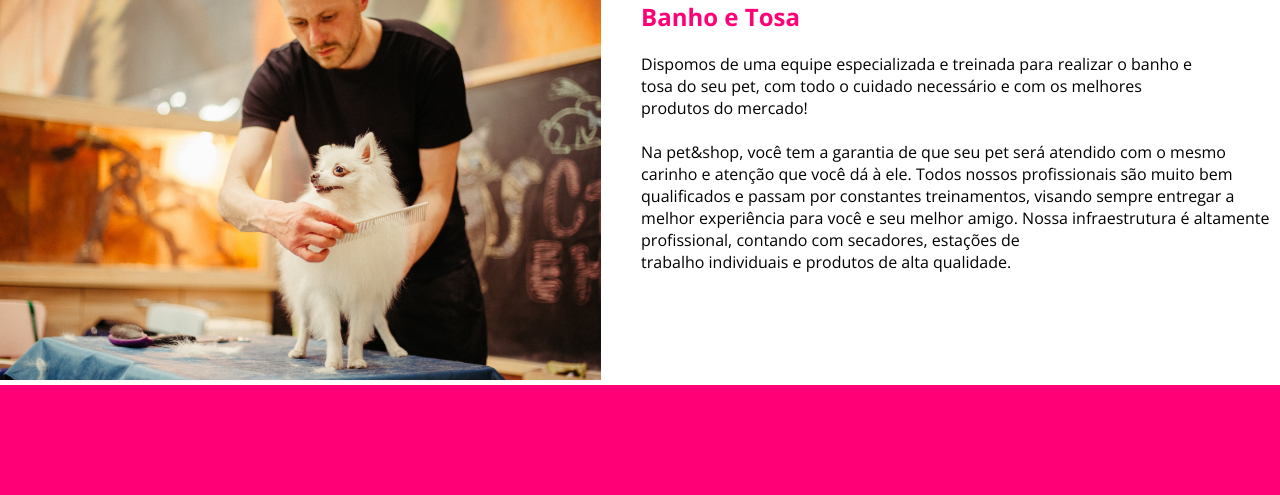
Repository: Carolden/ProhetoPetShop
Page: servicos.html
An editor plug-in stored every save of this project. The page is shown before and after the next save, followed by the edit.
The browser window is 1280 px wide. The pictures show the part of the page from y = 270 to 765 px (the page is 1430 px tall).
A picture or video elsewhere on the page could not be fetched, so the positions and the page height are approximate.

Above is the page before, as saved 2023-05-02 08:47:48.

### servicos.html
<!DOCTYPE html>
<html lang="pt-BR">
<head>
    <meta charset="UTF-8">
    <meta http-equiv="X-UA-Compatible" content="IE=edge">
    <meta name="viewport" content="width=device-width, initial-scale=1.0">
    <title>Pet&Shop</title>
    <link rel="stylesheet" href="servicos.css">
    <link rel="stylesheet" href="https://cdnjs.cloudflare.com/ajax/libs/font-awesome/6.4.0/css/all.min.css">
    <link rel="preconnect" href="https://fonts.googleapis.com">
    <link rel="preconnect" href="https://fonts.gstatic.com" crossorigin>
    <link href="https://fonts.googleapis.com/css2?family=Open+Sans:wght@300;400;500;600;700;800&display=swap" rel="stylesheet">
</head>
<body>

    <header>

        <div class="headerrow">
            <div class="headercolumn">
                <img src="Imagens/logo-colored.svg" alt="logo" class="logocolored">
            </div>

            <div>
                <nav class="menu">
                    <a href="index.html">Home</a>
                    <a href="sobre.html">Sobre</a>
                    <a href="produtos.html">Produtos</a>
                    <a href="servicos.html" class="active">Serviços</a>
                    <a href="faleconosco.html">Fale Conosco</a>
                </nav>
            </div>
        </div>


    </header>

    <main>

        <div class="row">
            <div class="column">
                <img src="Imagens/Serviços/bath-and-groom.jpg" alt="banho e tosa" class="img-left">
            </div>
            <div class="column-text">
                <h2>Banho e Tosa</h2>
                <p>
                    <bolder>Dispomos de uma equipe especializada e treinada para realizar o banho e <br>tosa do seu pet, com todo o cuidado necessário e com os melhores <br>produtos do mercado!<bolder><br><br>
                    Na pet&shop, você tem a garantia de que seu pet será atendido com o mesmo <br>carinho e atenção que você dá à ele. Todos nossos profissionais são muito bem <br>qualificados e passam por constantes treinamentos, visando sempre entregar a <br>melhor experiência para você e seu melhor amigo. Nossa infraestrutura é altamente <br>profissional, contando com secadores, estações de <br>trabalho individuais e produtos de alta qualidade.
                </p>

            </div>
        </div>
















    </main>

    <footer class="footer">


        <div>
            <img src="Imagens/logo-white.svg" alt="logo" class="logofooter">
        </div>

        <div class="footerrow">

        <div class="footercolumn">
            <h4 class="contato">Contato</h4>
            <p class="contato">
                Estrada sem nome, 1234, Sala 0<br>
                Bairro - Cidade / UF<br>
                12345-678<br>
                <b>(00) 99999-9999<br>
                contato@petshop.com.br<br></b>
            </p>
        </div>


        <div class="footercolumn">
            <h4 class="horario">Horário de funcionamento</h4>
            <p class="horario">
                De Segunda a Sexta-feira das 9 às 19hs.<br>
                Aos Sábados das 9 às 18hs.
            </p>
        </div>


        <div class="footercolumn">
            <h4 class="socialmedia">Siga-nos</h4>
            <i class="fa-brands fa-facebook-f"></i>
            <i class="fa-brands fa-instagram"></i>
            <i class="fa-brands fa-tiktok"></i>
            <i class="fa-brands fa-twitter"></i>
            <i class="fa-brands fa-youtube"></i>
        </div>

        </div>

        <div class="devdbycrie">
            <p>© 2022 pet&shop | Todos os direitos reservados. Desenvolvido por Crie_TI</p>
        </div>

</body>
</html>

### servicos.css
@import url('https://fonts.googleapis.com/css2?family=Open+Sans:wght@300&display=swap');


body {
    margin: 0;
    border: 0;
    font-family: 'Open Sans', sans-serif;
    overflow-x: hidden;
}

/* HEADER */

.logocolored {
    width: 300px;
}

.headerrow {
    display: flex;
    width: 100%;
    align-items: center;
    padding-top: 10px;
    padding-bottom: 10px;
}

.menu a {
    text-decoration: none;
    padding: 12px;
    color: #382c32;
    font-weight: 600;
    font-size: 18px;
}

a.active {
    color: white;
    background-color: #FF0077;;
    padding-top: 100%;
    padding-bottom: 33px;
}

a.active:hover {
    color: white
}

a:hover {
    color: #FF0077;;
}

.headercolumn {
    width: 50%;
    padding-left: 150px;
}

/* MAIN */

.row {
    display: flex;
}

.img-left {
    height: 400px;
}

.column-text h2 {
    color: #FF0077;
}

.column-text {
    padding-left: 40px;
    box-sizing: border-box;
}








/* FOOTER */
.footerrow {
    display: flex;
    padding-bottom: 60px;
}

.logofooter {
    width: 300px;
}

.footer {
    background-color: #FF0077;
    width: 100%;
    padding: 130px 230px 80px 230px;
    box-sizing: border-box;
    color: white;
}

.footer h4 {
    font-size: 18px;
}

.footercolumn {
    width: 33.33%;
    align-items: center;
    text-align: right;
    font-size: 16px;
}

.contato {
    text-align: left;
}

.horario {
    text-align: center;
}

.socialmedia {
    text-align: right;
}

.footercolumn i {
    padding: 10px;
    font-size: 30px;
}

.devdbycrie {
    border-top: 2px solid rgb(255, 0, 136);
    text-align: center;
    font-size: 18px;
    padding-top: 15px;
}

.footercolumn i:hover {
    transform: scale(1.5) rotate(10deg);
}

After the next save:
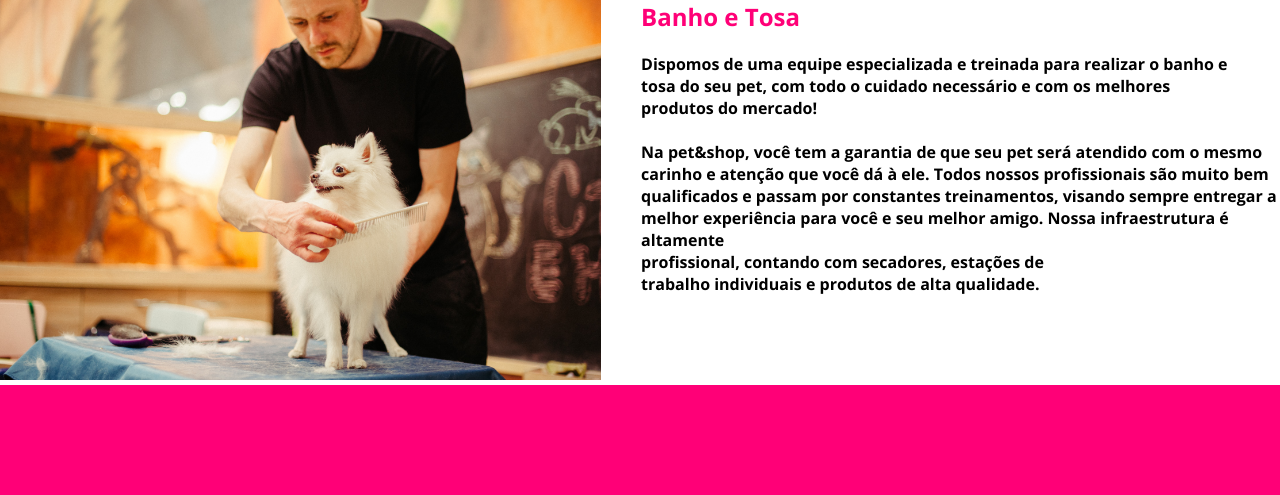
Saved 9 s later.
--- a/servicos.html
+++ b/servicos.html
@@ -43,7 +43,7 @@
             <div class="column-text">
                 <h2>Banho e Tosa</h2>
                 <p>
-                    <bolder>Dispomos de uma equipe especializada e treinada para realizar o banho e <br>tosa do seu pet, com todo o cuidado necessário e com os melhores <br>produtos do mercado!<bolder><br><br>
+                    <b>Dispomos de uma equipe especializada e treinada para realizar o banho e <br>tosa do seu pet, com todo o cuidado necessário e com os melhores <br>produtos do mercado!<bolder><br><br>
                     Na pet&shop, você tem a garantia de que seu pet será atendido com o mesmo <br>carinho e atenção que você dá à ele. Todos nossos profissionais são muito bem <br>qualificados e passam por constantes treinamentos, visando sempre entregar a <br>melhor experiência para você e seu melhor amigo. Nossa infraestrutura é altamente <br>profissional, contando com secadores, estações de <br>trabalho individuais e produtos de alta qualidade.
                 </p>
 
